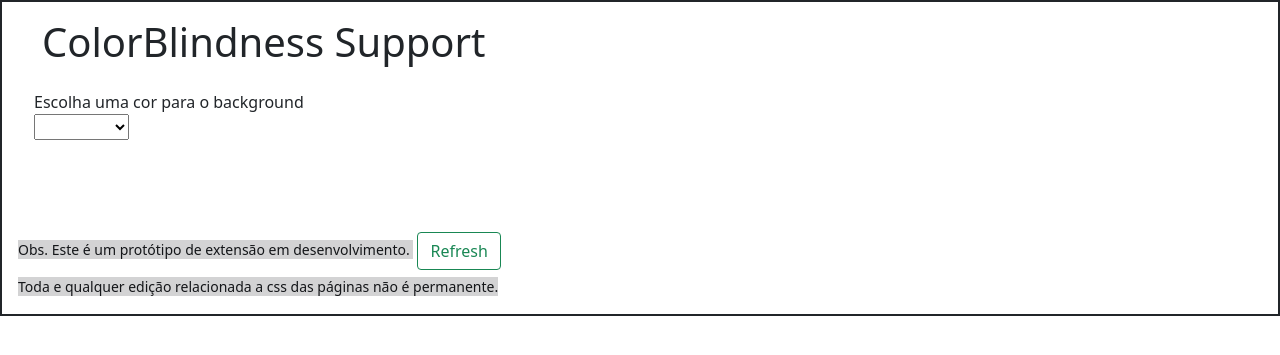
Repository: pedrosiqueira/daltonchrome
Page: popup.html
An editor plug-in stored every save of this project. The page is shown before and after the next save, followed by the edit.
The browser window is 1280 px wide. The pictures show the whole page.

Above is the page before, as saved 2022-06-17 13:24:46.

### popup.html
<!DOCTYPE html>
<html>

<head>
    <meta charset="utf-8" />
    <link href="css/vendor/bootstrap.min.css" rel="stylesheet" crossorigin="anonymous">
    <link rel="stylesheet" type="text/css" href="css/popup.css" />
</head>

<body class="p-3 flex border border-dark border-2 ">

    <div class="container flex row">

        <h1 class="form-title"> ColorBlindness Support </h1>
        <!--  <div class="form-check form-switch col">
            <input class="form-check-input" type="checkbox" id="flexSwitchCheckChecked">
            <label class="form-check-label" for="flexSwitchCheckChecked" id="MeuSwitch">Ativar extensão</label>
        </div>
        <button id="meubotao" type="button" class="btn row w-10 h-15 btn-dark">
            Clique-me
        </button> -->
    </div>

    <div class="p-3">
        <label for="cores">Escolha uma cor para o background</label>
        <br>
        <select name="cores" id="cores">
            <option value="#"> </option>
            <option value="red">Vermelho</option>
            <option value="green">Verde</option>
            <option value="blue">Azul</option>
        </select>
    </div>
    <br> <br><br>
    <alert id="alert" class="alert-dark form-text">Obs. Este é um protótipo de extensão em desenvolvimento.
    </alert>
        <button id="refresh" class="btn btn-outline-success m-1"type="button">
            Refresh
            </button>
        <br>
        <alert id="alert" class="alert-dark form-text">
    Toda e qualquer edição relacionada a css das páginas não é permanente.
    </alert>


    <script src="js/vendor/jquery-3.6.0.min.js"></script>
    <script src="js/vendor/bootstrap.bundle.min.js"></script>
    <script src="js/popup.js"></script>
</body>

</html>

### css/popup.css
body {
    min-width:600px;
    min-height:300px;
}

#table-wrapper {
    position:relative;
    white-space: nowrap;
}
#table-scroll {
    overflow:auto;
    margin-top:20px;
}
#table-wrapper table {
    width:100%;

}

#table-wrapper table thead th .text {
    position:absolute;
    top:-20px;
    z-index:2;
    height:20px;
    width:35%;
    border:1px solid red;
}

#table-wrapper table tbody td{
    border: 1px solid black;
}

### js/popup.js
start()

function start() {
    $("#meubotao").click(umafuncao)
}

function ativar(){
    $("#MeuSwitch")
}


async function umafuncao() {

    // obtém a aba atual
    [currentTab] = await chrome.tabs.query({ active: true, currentWindow: true });

    // envia mensagem para a aba atual
    chrome.tabs.sendMessage(currentTab.id, { nome: "Carol", curso: "TADS", orientador: "pedro" }, callback);


}

// funcao que recebe a resposta da mensagem que foi enviada para alguma aba
function callback(response) {
    console.log("ufa, a mensagem conseguiu chegar!")
    console.log(response)
}

Loaded but not shown: css/vendor/bootstrap.min.css (library); js/vendor/jquery-3.6.0.min.js (library); js/vendor/bootstrap.bundle.min.js (library)

After the next save:
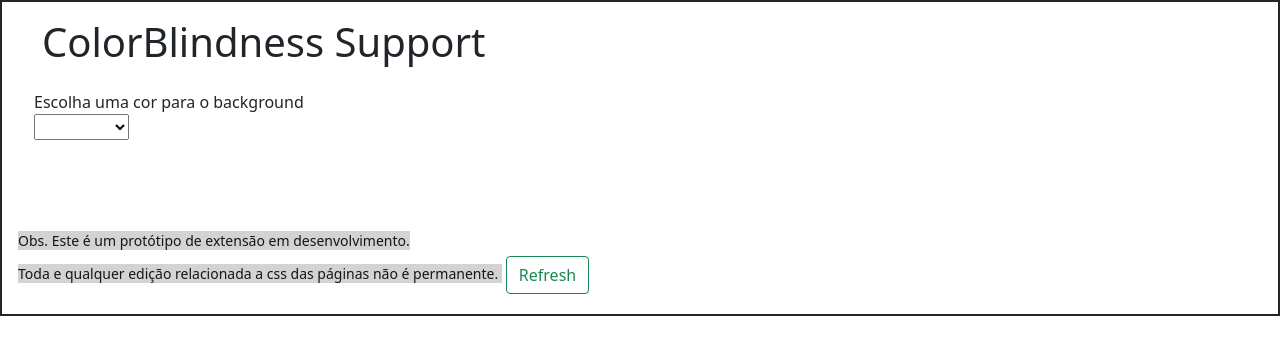
Saved 49 s later.
--- a/popup.html
+++ b/popup.html
@@ -32,16 +32,12 @@
         </select>
     </div>
     <br> <br><br>
-    <alert id="alert" class="alert-dark form-text">Obs. Este é um protótipo de extensão em desenvolvimento.
-    </alert>
-        <button id="refresh" class="btn btn-outline-success m-1"type="button">
-            Refresh
-            </button>
-        <br>
-        <alert id="alert" class="alert-dark form-text">
+    <alert id="alert" class="alert-dark form-text">Obs. Este é um protótipo de extensão em desenvolvimento.<br>
     Toda e qualquer edição relacionada a css das páginas não é permanente.
     </alert>
-
+    <button id="refresh" class="btn btn-outline-success m-1"type="button">
+    Refresh
+    </button>
 
     <script src="js/vendor/jquery-3.6.0.min.js"></script>
     <script src="js/vendor/bootstrap.bundle.min.js"></script>
